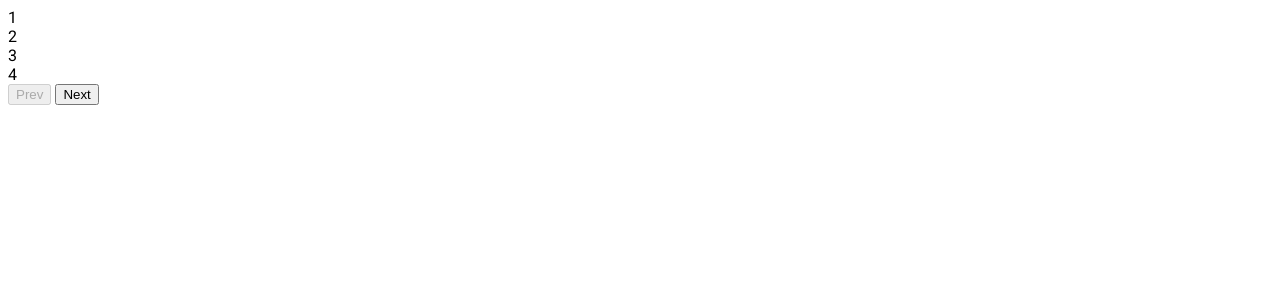
Repository: aobeid1979/Progress-Steps
Page: index.html
These files come from the project's save history. The page is drawn as it stood at one moment and after a run of saves; the edit follows.
The browser window is 1280 px wide. The pictures show the whole page.

Above is the page before, as saved 2024-06-03 16:45:48.

After the next 3 saves:
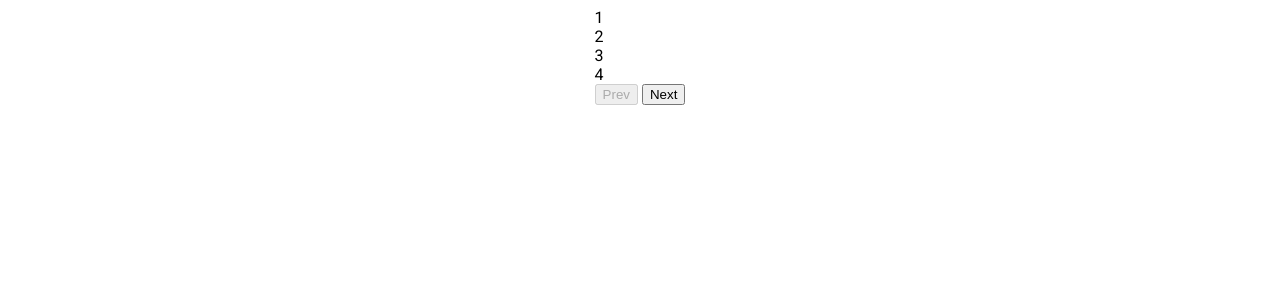
The 3 saves are shown as one change because they came seconds apart.
The last was saved 8 s later.
--- a/style.css
+++ b/style.css
@@ -8,5 +8,6 @@ body {
     font-family: 'Roboto', sans-serif;
     display: flex;
     flex-direction: column;
-    align-items:
+    align-items: center;
+
 }
